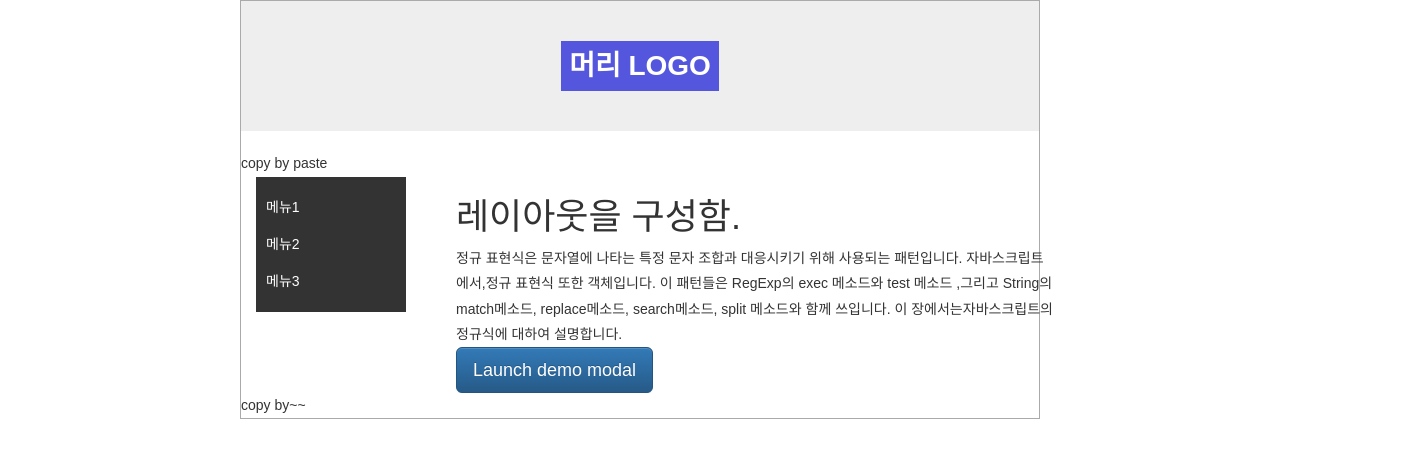
Repository: yoojisoo/YONSAI
Page: http://localhost/teatJava/
These files come from the project's save history. The page is drawn as it stood at one moment and after the next save; the edit follows.
The browser window is 1280 px wide. The page is 1411 px wide, so the pictures cover 1411 px, including what lies to the right of the window. The pictures show the whole page.
The page is served by Tomcat 9.

Above is the page before, as saved 2021-08-23 06:29:27.

After the next save:
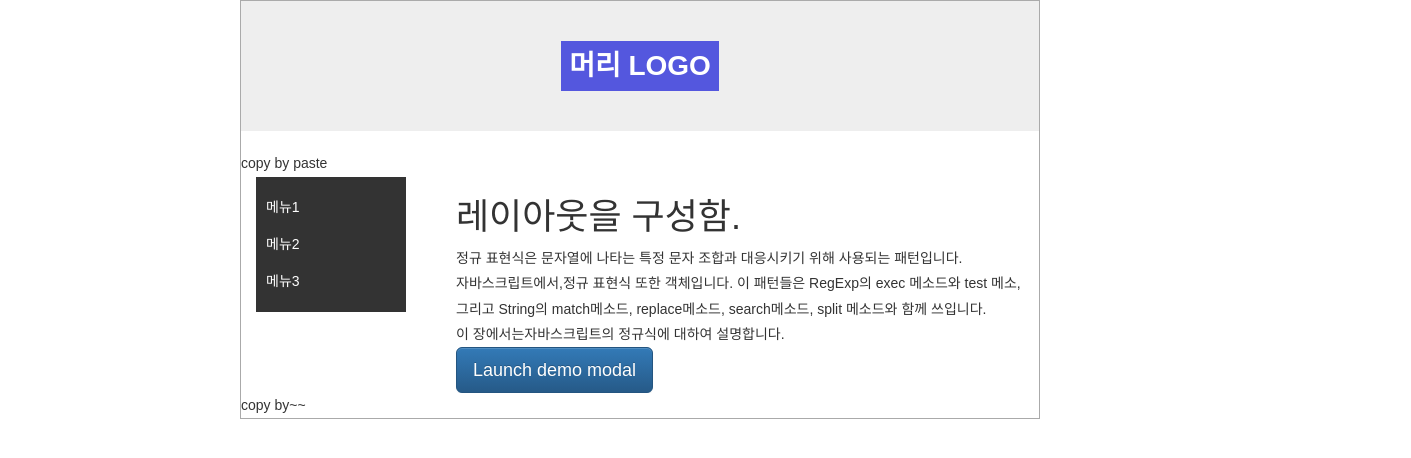
Saved 69 s later.
--- a/jsworkspace/teatJava/src/main/webapp/index.jsp
+++ b/jsworkspace/teatJava/src/main/webapp/index.jsp
@@ -105,7 +105,10 @@ body {
 			</div>
 			<div class="content">
 				<h1>레이아웃을 구성함.</h1>
-				<div>정규 표현식은 문자열에 나타는 특정 문자 조합과 대응시키기 위해 사용되는 패턴입니다. 자바스크립트에서,정규 	표현식 또한 객체입니다. 이 패턴들은 RegExp의 exec 메소드와 test 메소드 ,그리고 String의 match메소드, replace메소드, search메소드, split 메소드와 함께 쓰입니다. 이 장에서는자바스크립트의 정규식에 대하여 설명합니다.</div>
+				<div>정규 표현식은 문자열에 나타는 특정 문자 조합과 대응시키기 위해 사용되는 패턴입니다.<br>
+				자바스크립트에서,정규 표현식 또한 객체입니다. 이 패턴들은 RegExp의 exec 메소드와 test 메소,<br>
+				그리고 String의 match메소드, replace메소드, search메소드, split 메소드와 함께 쓰입니다.<br>
+				이 장에서는자바스크립트의 정규식에 대하여 설명합니다.</div>
 			<!-- Button trigger modal -->
 			<button type="button" class="btn btn-primary btn-lg"
 				data-toggle="modal" data-target="#myModal">Launch demo	modal</button>
